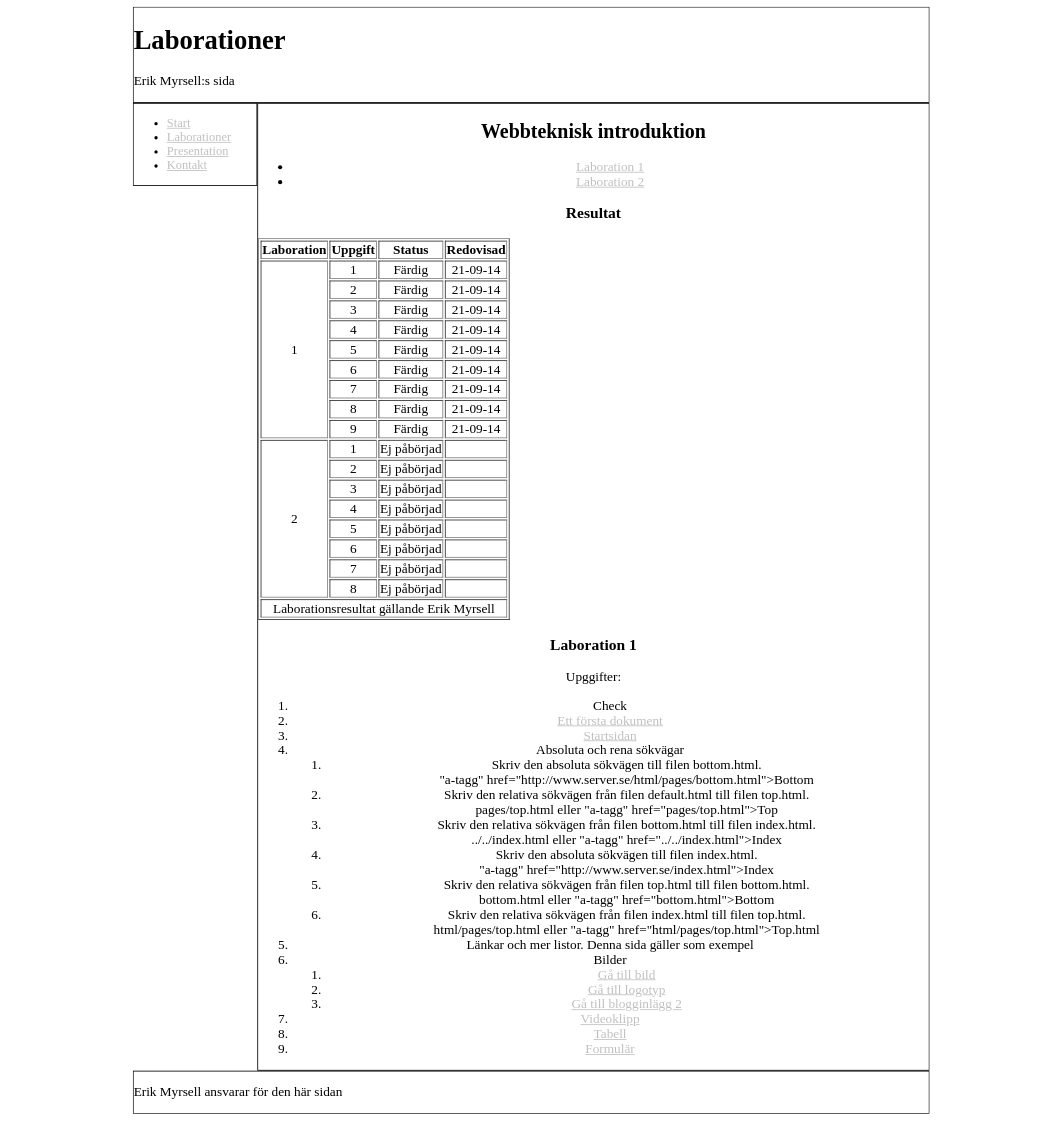
Repository: em222mt/1IK415_em222mt
Page: pages/laborationer.html
The author's editor kept a record of every edit. The page is drawn from the files as they stood at one moment, then again after the next edit.
The browser window is 1280 px wide. The pictures show the whole page, at 83% of full size.

Above is the page before.

### pages/laborationer.html
<!doctype html>
<html lang="sv">

<head>
    <meta charset="utf-8">
    <title>Laborationer</title>

    <link rel="stylesheet" href="../css/basic.css">
</head>

    <body>

        <div id="container">

            <div id="header">

            <h1>Laborationer</h1>
            <p>Erik Myrsell:s sida</p>

            </div>


            <div id="navigation">

            <ul>
                <li><a href="../index.html">Start</a></li>
                <li><a href="laborationer.html">Laborationer</a></li>
                <li><a href="presentation.html">Presentation</a></li>
                <li><a href="kontakt.html">Kontakt</a></li>
            </ul>

            </div>

            <div id="content">
            <h2>Webbteknisk introduktion</h2>

            <ul>
                <li><a href="#labb1">Laboration 1</a></li>
                <li><a href="#labb2">Laboration 2</a></li>
            </ul>

            <h3>Resultat</h3>

            <table id="tabell" border="1">
                <thead>
                        <tr>
                            <th>Laboration</th>
                            <th>Uppgift</th>
                            <th>Status</th>
                            <th>Redovisad</th>
                        </tr>
                </thead>
                <tfoot>
                    <tr>
                        <td colspan="4">Laborationsresultat gällande Erik Myrsell</td>
                    </tr>
                </tfoot>
                <tbody>
                    <tr>
                        <td rowspan="9">1</td>
                        <td>1</td>
                        <td>Färdig</td>
                        <td>21-09-14</td>
                    </tr>

                    <tr>
                        <td>2</td>
                        <td>Färdig</td>
                        <td>21-09-14</td>
                    </tr>
                    <tr>
                        <td>3</td>
                        <td>Färdig</td>
                        <td>21-09-14</td>
                    </tr>
                    <tr>
                        <td>4</td>
                        <td>Färdig</td>
                        <td>21-09-14</td>
                    </tr>
                    <tr>
                        <td>5</td>
                        <td>Färdig</td>
                        <td>21-09-14</td>
                    </tr>
                    <tr>
                        <td>6</td>
                        <td>Färdig</td>
                        <td>21-09-14</td>
                    </tr>
                    <tr>
                        <td>7</td>
                        <td>Färdig</td>
                        <td>21-09-14</td>
                    </tr>
                    <tr>
                        <td>8</td>
                        <td>Färdig</td>
                        <td>21-09-14</td>
                    </tr>
                    <tr>
                        <td>9</td>
                        <td>Färdig</td>
                        <td>21-09-14</td>
                    </tr>
                    <tr>
                        <td rowspan="8">2</td>
                        <td>1</td>
                        <td>Ej påbörjad</td>
                        <td></td>
                    </tr>
                    <tr>
                        <td>2</td>
                        <td>Ej påbörjad</td>
                        <td></td>
                    </tr>
                    <tr>
                        <td>3</td>
                        <td>Ej påbörjad</td>
                        <td></td>
                    </tr>
                     <tr>
                        <td>4</td>
                        <td>Ej påbörjad</td>
                        <td></td>
                    </tr>
                     <tr>
                        <td>5</td>
                        <td>Ej påbörjad</td>
                        <td></td>
                    </tr>
                    <tr>
                        <td>6</td>
                        <td>Ej påbörjad</td>
                        <td></td>
                    </tr>
                     <tr>
                        <td>7</td>
                        <td>Ej påbörjad</td>
                        <td></td>
                    </tr>
                     <tr>
                        <td>8</td>
                        <td>Ej påbörjad</td>
                        <td></td>
                    </tr>

                </tbody>
            </table>

            <h3 id="labb1">Laboration 1</h3>

            <p>Upggifter:</p>

            <ol>
                <li>Check</li>
                <li><a href="presentation.html">Ett första dokument</a></li>
                <li><a href="../index.html">Startsidan</a></li>
                <li>Absoluta och rena sökvägar
                    <ol>
                        <li>Skriv den absoluta sökvägen till filen bottom.html.<br>"a-tagg" href="http://www.server.se/html/pages/bottom.html">Bottom</li>
                        <li>Skriv den relativa sökvägen från filen default.html till filen top.html.<br>pages/top.html eller "a-tagg" href="pages/top.html">Top</li>
                        <li>Skriv den relativa sökvägen från filen bottom.html till filen index.html.<br>../../index.html eller "a-tagg" href="../../index.html">Index</li>
                        <li>Skriv den absoluta sökvägen till filen index.html.<br> "a-tagg" href="http://www.server.se/index.html">Index</li>
                        <li>Skriv den relativa sökvägen från filen top.html till filen bottom.html.<br>bottom.html eller "a-tagg" href="bottom.html">Bottom</li>
                        <li>Skriv den relativa sökvägen från filen index.html till filen top.html.<br>html/pages/top.html eller "a-tagg" href="html/pages/top.html">Top.html</li>
                    </ol>
                </li>
                <li>Länkar och mer listor. Denna sida gäller som exempel</li>
                <li>Bilder
                    <ol>
                        <li><a href="presentation.html#bild">Gå till bild</a></li>
                        <li><a href="../pics/Logo3.png">Gå till logotyp</a></li>
                        <li><a href="../index.html#inlägg2">Gå till blogginlägg 2</a></li>
                    </ol>
                </li>
                <li><a href="../index.html#inlägg3">Videoklipp</a></li>
                <li><a href="#tabell">Tabell</a></li>
                <li><a href="kontakt.html#form">Formulär</a></li>

            </ol>

            </div>

            <div id="footer">

                <p>Erik Myrsell ansvarar för den här sidan</p>

            </div>
        </div>
    </body>
</html>

### css/basic.css
/*Här börjar stilmallen*/

a:link 	    { color: silver; }
a:visited 	{ color: gray; }
a:focus 	{ color: purple; }
a:hover	    { color: blue; }
a:active 	{ color: black; }

#container {
    max-width: 960px;
    overflow: auto;
    margin: 0 auto;
}
#header {
    border-style: solid;
    border-width: 1px;
    width: 958px;


}

#navigation {
    border-style: solid;
    border-width: 1px;
    float: left;
    clear: left;
    width: 148px;
    font-size: 15px;
}

#content {
    border-style: solid;
    border-width: 1px;
    clear: right;
    float: left;
    text-align: center;
    width: 808px;

}

#footer {
    border-style: solid;
    border-width: 1px;
    clear: both;
    width: 958px;
}

After the next edit:
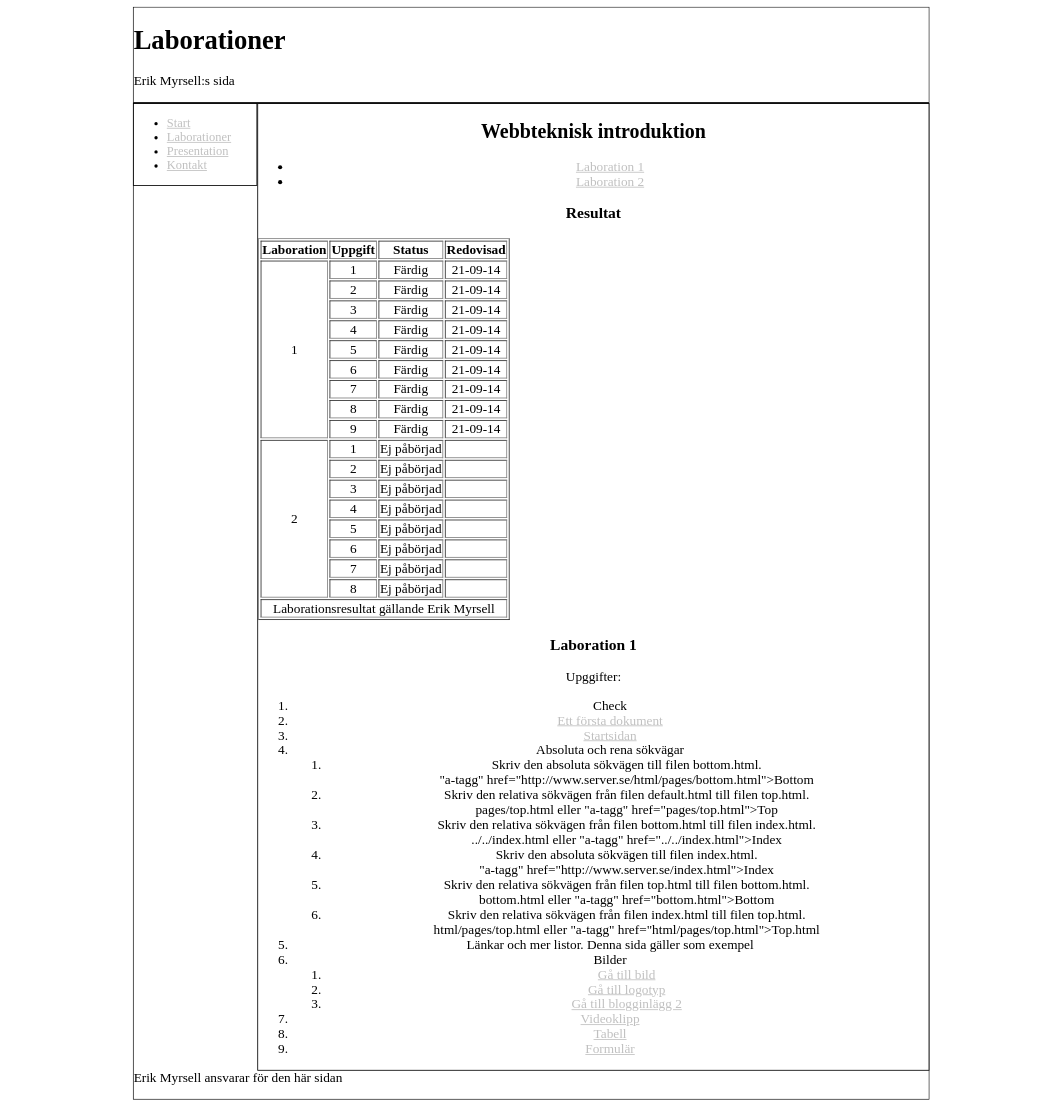
The edit:
--- a/css/basic.css
+++ b/css/basic.css
@@ -41,6 +41,5 @@
 #footer {
     border-style: solid;
     border-width: 1px;
-    clear: both;
     width: 958px;
 }
